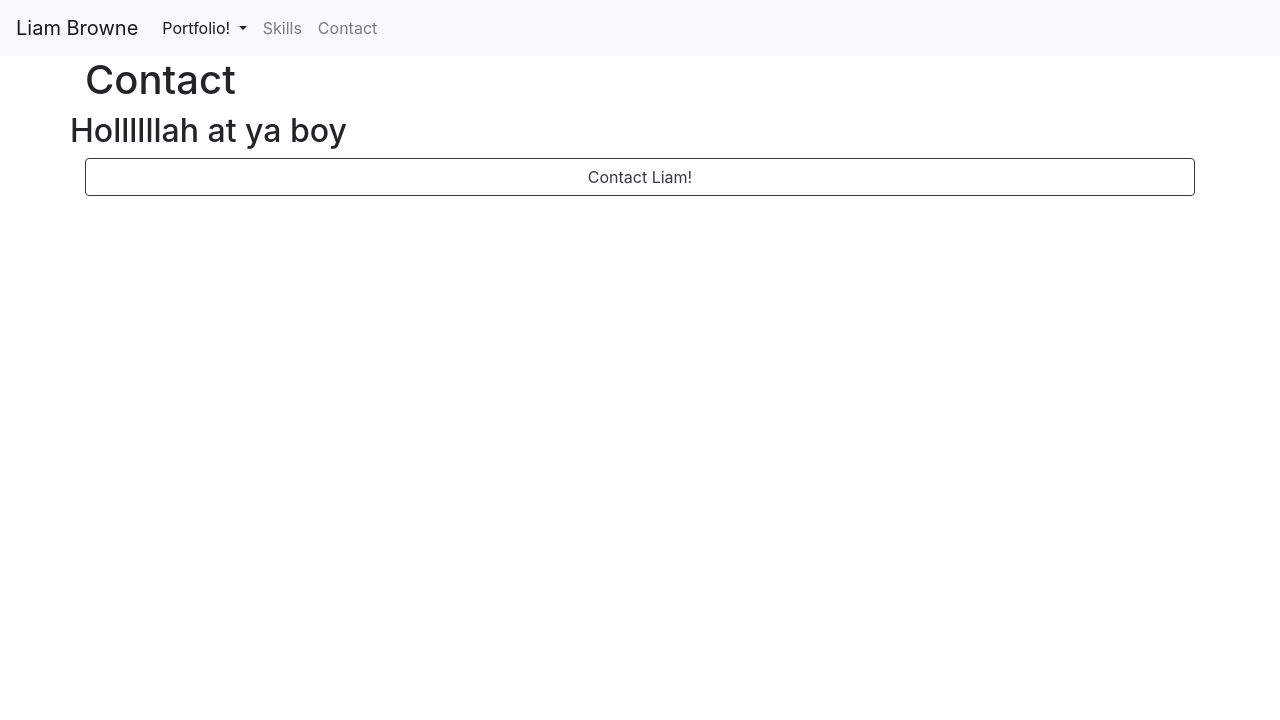
Repository: LiamB123/LiamBrowne.com.github.io
Page: contact.html
The author's editor kept a record of every edit. The page is drawn from the files as they stood at one moment, then again after the next edit.
The browser window is 1280 px wide. The pictures show the whole page.
Backgrounds fixed to the window are drawn as part of the page.

Above is the page before.

### contact.html
<!DOCTYPE html>
<html lang="en">

<head>
    <meta charset="UTF-8">
    <meta name="viewport" content="width=device-width, initial-scale=1.0">


    <meta http-equiv="X-UA-Compatible" content="ie=edge">

    <title>Liam Browne</title>

    <!--Boostrap Links for Css, Js and Jquery --->
    <link rel="stylesheet" href="https://stackpath.bootstrapcdn.com/bootstrap/4.4.1/css/bootstrap.min.css" integrity="sha384-Vkoo8x4CGsO3+Hhxv8T/Q5PaXtkKtu6ug5TOeNV6gBiFeWPGFN9MuhOf23Q9Ifjh" crossorigin="anonymous">

    <script src="https://code.jquery.com/jquery-3.4.1.slim.min.js" integrity="sha384-J6qa4849blE2+poT4WnyKhv5vZF5SrPo0iEjwBvKU7imGFAV0wwj1yYfoRSJoZ+n" crossorigin="anonymous"></script>
    <script src="https://cdn.jsdelivr.net/npm/popper.js@1.16.0/dist/umd/popper.min.js" integrity="sha384-Q6E9RHvbIyZFJoft+2mJbHaEWldlvI9IOYy5n3zV9zzTtmI3UksdQRVvoxMfooAo" crossorigin="anonymous"></script>
    <script src="https://stackpath.bootstrapcdn.com/bootstrap/4.4.1/js/bootstrap.min.js" integrity="sha384-wfSDF2E50Y2D1uUdj0O3uMBJnjuUD4Ih7YwaYd1iqfktj0Uod8GCExl3Og8ifwB6" crossorigin="anonymous"></script>


    <link rel="stylesheet" href="static/css/custom.css" type="text/css" />

</head>




<nav class="navbar navbar-expand-lg navbar-light bg-light">
    <a class="navbar-brand" href="#">Liam Browne </a>
    <button class="navbar-toggler" type="button" data-toggle="collapse" data-target="#navbarSupportedContent" aria-controls="navbarSupportedContent" aria-expanded="false" aria-label="Toggle navigation">
    <span class="navbar-toggler-icon"></span>
  </button>

    <div class="collapse navbar-collapse" id="navbarSupportedContent">
        <ul class="navbar-nav mr-auto">
            <li class="nav-item active nav-item dropdown">
                <a class="nav-link dropdown-toggle" href="#" id="navbarDropdown" role="button" data-toggle="dropdown" aria-haspopup="true" aria-expanded="false">
          Portfolio!
        </a>
                <div class="dropdown-menu" aria-labelledby="navbarDropdown">
                    <a class="dropdown-item" href="#">E-Commerce</a>
                    <a class="dropdown-item" href="#">Booze Clues</a>
                    <div class="dropdown-divider"></div>
                    <a class="dropdown-item" href="#">Something else here</a>
                </div>
            </li>
            <a class="nav-link" href="#">Skills<span class="sr-only">(current)</span></a>
            </li>
            <li class="nav-item">
                <a class="nav-link" href="contact">Contact</a>
            </li>

        </ul>

    </div>
</nav>


<div class="container">



    <h1>
        Contact
    </h1>
    <div class="row row-flex">

            <h2>

                Hollllllah at ya boy
            </h2>
        </div>

        <!-- Button trigger modal -->
        <button type="button" class="btn btn-outline-dark btn-block " data-toggle="modal" data-target="#staticBackdrop">
    Contact Liam!
    </button>

        <!-- Modal -->
        <div class="modal fade" id="staticBackdrop" data-backdrop="static" tabindex="-1" role="dialog" aria-labelledby="staticBackdropLabel" aria-hidden="true">
            <div class="modal-dialog" role="document">
                <div class="modal-content">
                    <div class="modal-header">
                        <h5 class="modal-title" id="staticBackdropLabel">Just a few details so I can respond!</h5>
                        <button type="button" class="close" data-dismiss="modal" aria-label="Close">
          <span aria-hidden="true">&times;</span>
        </button>
                    </div>
                    <div class="modal-body">

                        <form>
                            <div class="form-group">
                                <label for="Email">Email address</label>
                                <input type="email" class="form-control" id="Email" placeholder="I will never share this information!">
                            </div>
                            <div class="form-group">
                                <label for="exampleFormControlSelect1">Is there a specific thing you want to talk about?</label>
                                <select class="form-control" id="exampleFormControlSelect1">
      <option>Just Saying Hi!</option>
      <option>Collaboration</option>
      <option>Business Opportunity</option>

    </select>
                            </div>

                            <div class="form-group">
                                <label for="exampleFormControlTextarea1">Message</label>
                                <textarea class="form-control" id="exampleFormControlTextarea1" rows="8"></textarea>
                            </div>
                            <button type="submit" class="btn btn-lg btn-outline-dark">Send!</button>
                        </form>
                    </div>
                    <div class="modal-footer">
                        <button type="button" class="btn btn-dark" data-dismiss="modal">Close</button>
                    </div>
                </div>
            </div>
        </div>
    </div>
</div>

### static/css/custom.css
/*Image Classes*/


#contact-img {
    min-height: 100vh;
    min-width: 100%;
    z-index: -1;
    background-image: url("../img/keyboard.jpg");
    background-repeat: no-repeat;
    background-position: center;
    background-attachment: fixed;
}


#title-img{
    background-attachment: fixed;
    background-image: url("../img/laptop.jpg");
    background-position: bottom;
    background-size: cover;
   min-height: 100vh;
    min-width: 100%;
    margin-bottom: 0px;
    z-index: -1;
}

.white-lettering{
    color: white;
}


.vertical-align-center{
    padding-top:40%;
    text-align: center;
    padding-bottom: 20%;
}
.tall{
    height:20vh;
}

After the next edit:
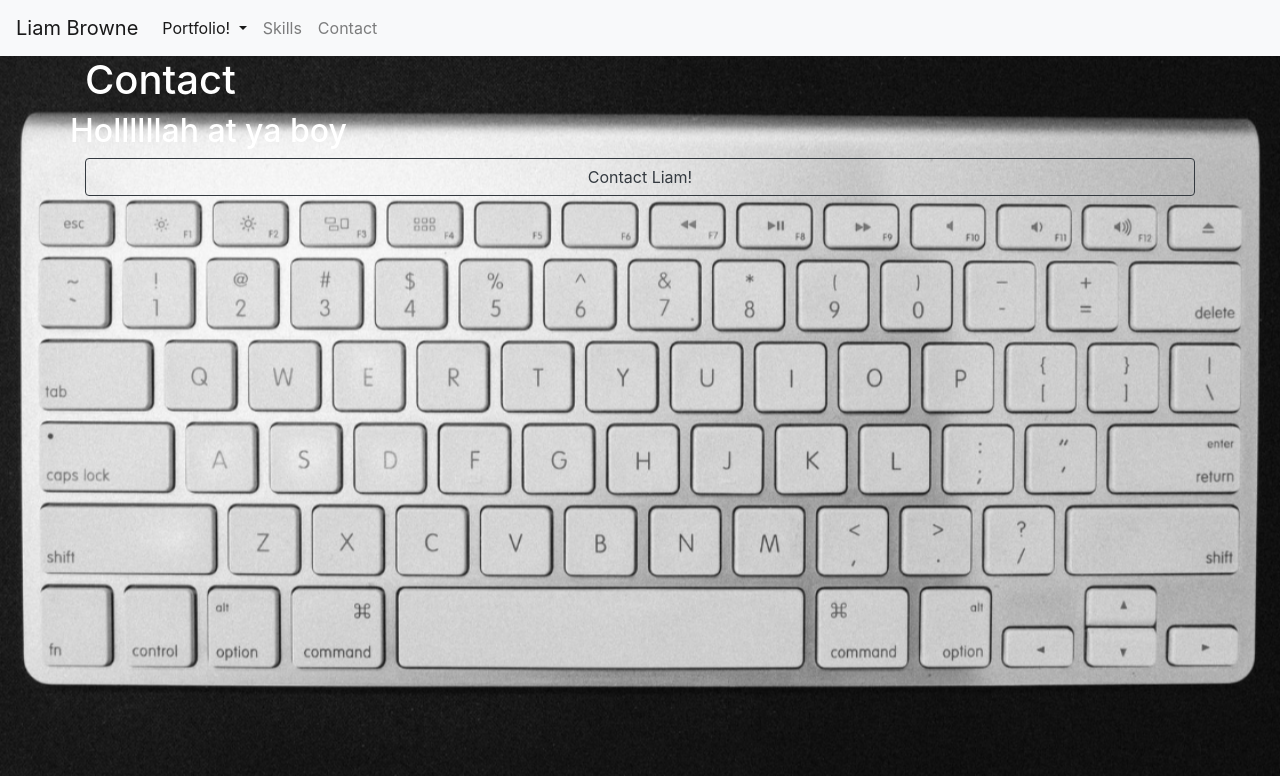
The edit:
--- a/contact.html
+++ b/contact.html
@@ -55,8 +55,8 @@
     </div>
 </nav>
 
-
-<div class="container">
+ <div id="contact-img">
+<div class="container white-lettering">
 
 
 
